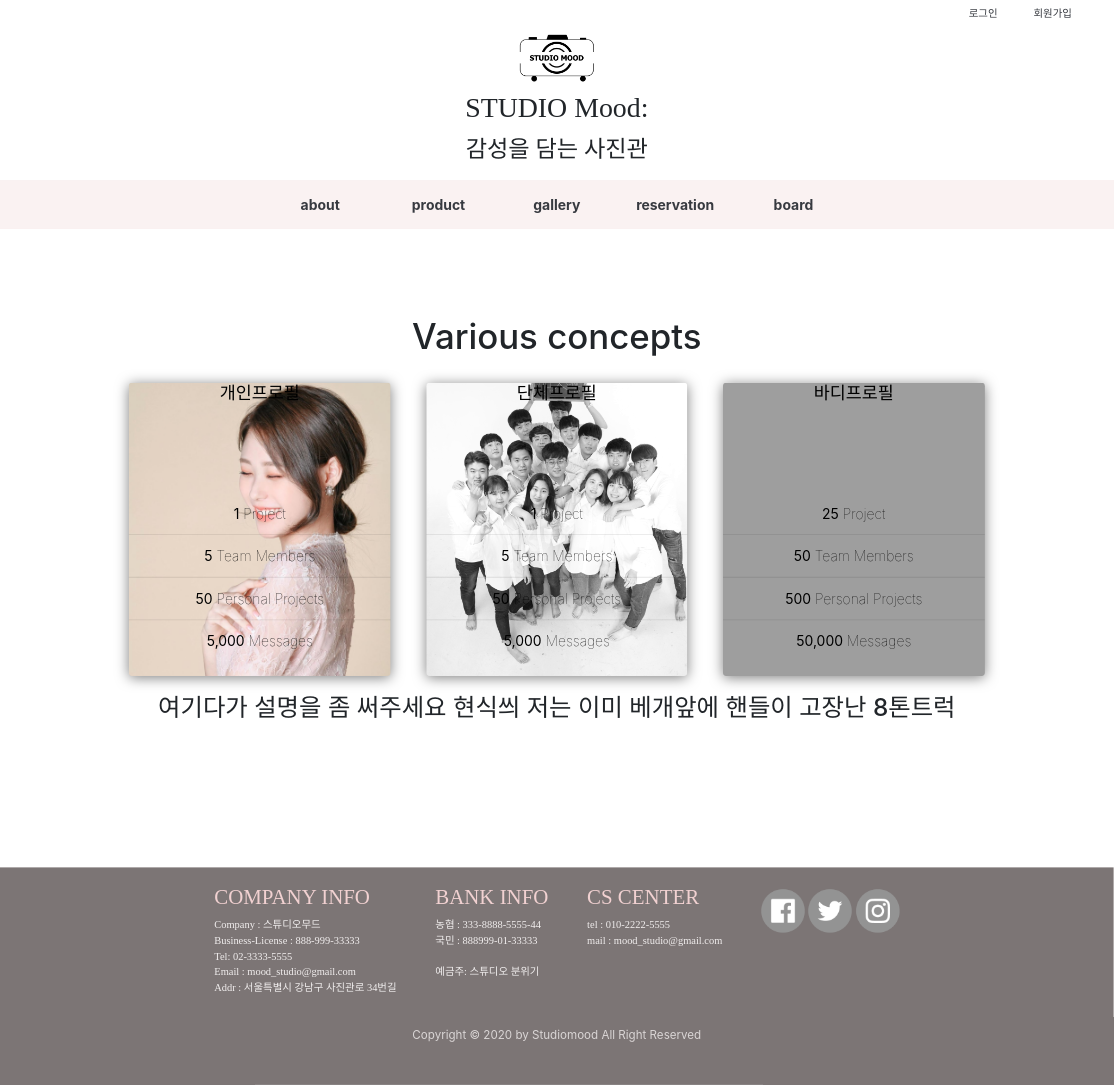
Repository: seugju/HSDsemi
Page: http://localhost/studioMood/views/product/product.jsp
An editor plug-in stored every save of this project. The page is shown before and after the next save, followed by the edit.
The browser window is 1280 px wide. The pictures show the whole page, at 87% of full size.
Pictures or frames that could not be fetched are drawn as grey boxes. Some web fonts or font styles are not loaded; a fallback is used. The page is served by Tomcat 9.

Above is the page before, as saved 2020-12-02 16:42:17.

After the next save:
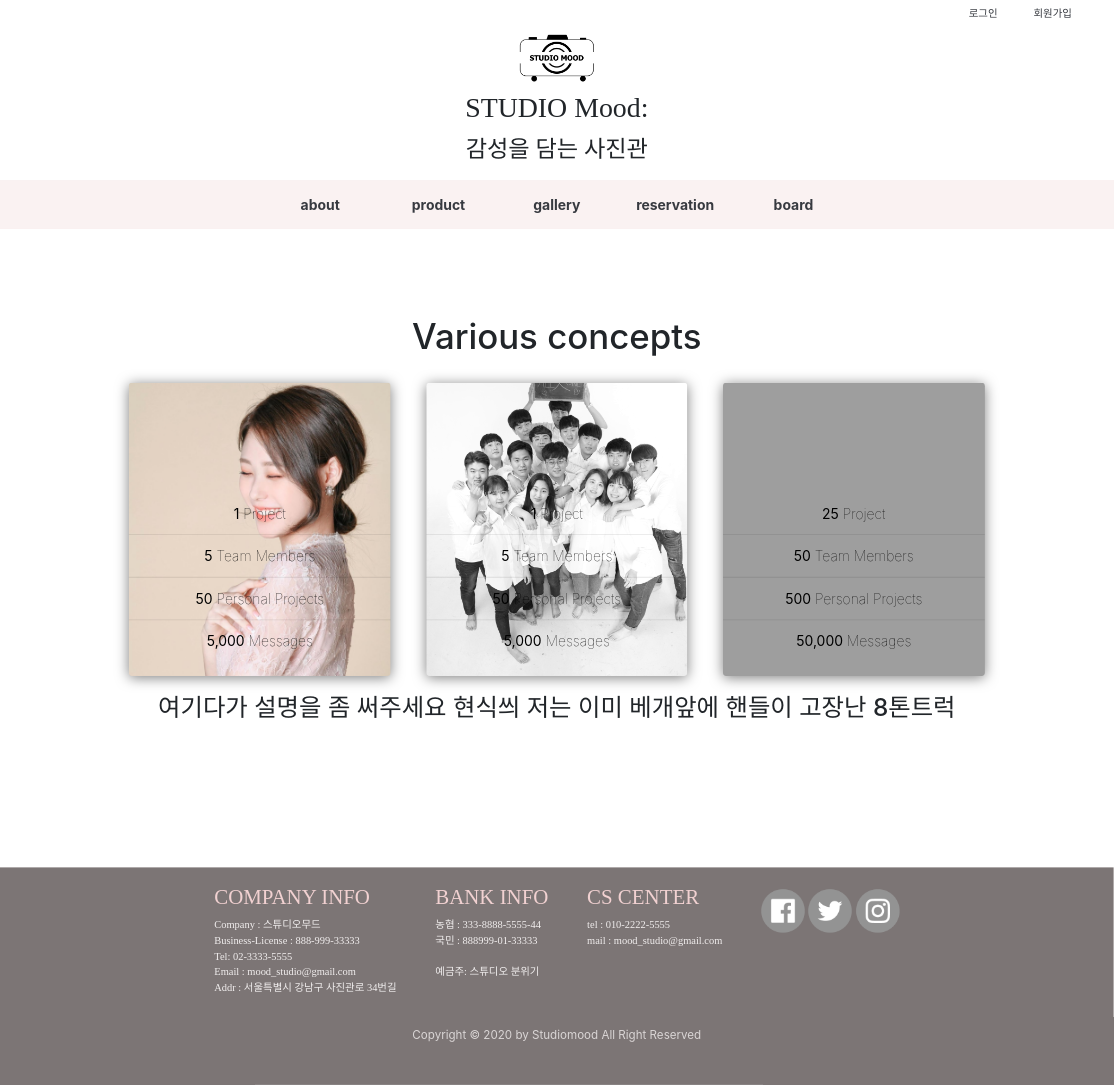
Saved 18 s later.
--- a/project-workspace/studioMood/WebContent/views/product/product.jsp
+++ b/project-workspace/studioMood/WebContent/views/product/product.jsp
@@ -121,7 +121,7 @@
   transition: all 0.4s ease-in-out;
 
 }
-.opacity-div p{
+.opacity-div p,h5{
 	opacity:0;
 }
 
